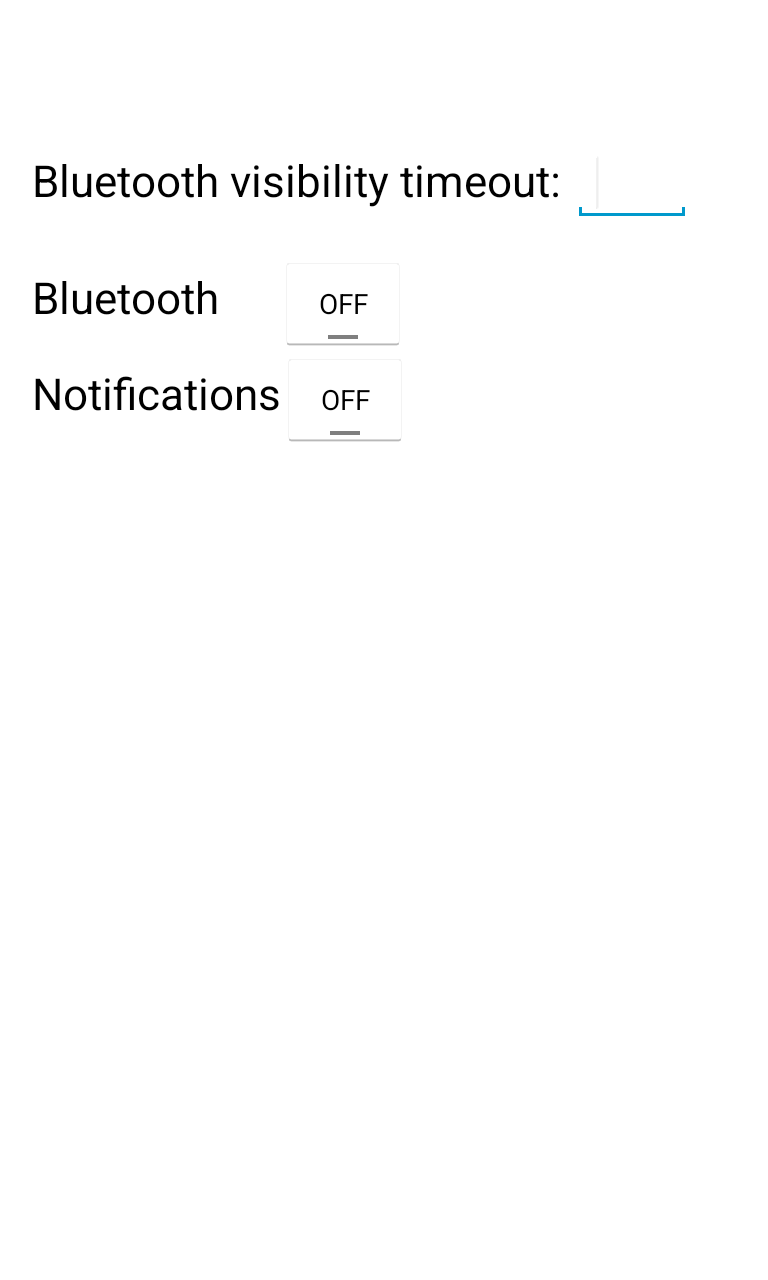
Repository: laurion/wabbit-client
Layout: Hackathon/Hackathon/res/layout/settings_layout.xml
These files come from the project's save history. The layout is drawn as it stood at one moment and after the next save; the edit follows.
It is drawn on a 768 x 1280 px phone screen (xhdpi) without system bars, with theme android:Theme.Holo.Light.NoActionBar; the app's code is not run.

Above is the layout before, as saved 2013-11-23 22:41:17.

### Hackathon/Hackathon/res/layout/settings_layout.xml
<RelativeLayout xmlns:android="http://schemas.android.com/apk/res/android"
    xmlns:tools="http://schemas.android.com/tools"
    android:id="@+id/layout"
    android:layout_width="match_parent"
    android:layout_height="match_parent"
    android:paddingBottom="@dimen/activity_vertical_margin"
    android:paddingLeft="@dimen/activity_horizontal_margin"
    android:paddingRight="@dimen/activity_horizontal_margin"
    android:paddingTop="@dimen/activity_vertical_margin"
    tools:context=".MainActivity" >

    <LinearLayout
        android:id="@+id/linearLayout1"
        android:layout_width="wrap_content"
        android:layout_height="wrap_content"
        android:layout_alignParentLeft="true"
        android:layout_alignParentTop="true"
        android:layout_marginLeft="88dp"
        android:layout_marginTop="56dp"
        android:orientation="vertical" >
    </LinearLayout>

    <LinearLayout
        android:id="@+id/linearLayout2"
        android:layout_width="wrap_content"
        android:layout_height="wrap_content"
        android:layout_alignParentLeft="true"
        android:layout_alignTop="@+id/linearLayout1" >

        <TextView
            android:id="@+id/textView1"
            android:layout_width="wrap_content"
            android:layout_height="wrap_content"
            android:layout_marginBottom="26dp"
            android:text="Bluetooth visibility timeout: "
            android:textAppearance="?android:attr/textAppearanceLarge" />

        <EditText
            android:id="@+id/editText1"
            android:layout_width="60dp"
            android:layout_height="wrap_content"
            android:layout_weight="1"
            android:ems="10" >

            <requestFocus />
        </EditText>
    </LinearLayout>

    <LinearLayout
        android:id="@+id/linearLayout3"
        android:layout_width="wrap_content"
        android:layout_height="wrap_content"
        android:layout_alignLeft="@+id/linearLayout2"
        android:layout_below="@+id/linearLayout2" >

        <TextView
            android:id="@+id/textView2"
            android:layout_width="wrap_content"
            android:layout_height="wrap_content"
            android:text="Bluetooth"
            android:textAppearance="?android:attr/textAppearanceLarge" />

        <TableLayout
            android:layout_width="30dp"
            android:layout_height="match_parent" >

            <TableRow
                android:id="@+id/tableRow1"
                android:layout_width="wrap_content"
                android:layout_height="wrap_content" >
            </TableRow>

            <TableRow
                android:id="@+id/tableRow2"
                android:layout_width="wrap_content"
                android:layout_height="wrap_content" >
            </TableRow>

            <TableRow
                android:id="@+id/tableRow3"
                android:layout_width="wrap_content"
                android:layout_height="wrap_content" >
            </TableRow>

            <TableRow
                android:id="@+id/tableRow4"
                android:layout_width="wrap_content"
                android:layout_height="wrap_content" >
            </TableRow>

            <TableRow
                android:id="@+id/tableRow5"
                android:layout_width="wrap_content"
                android:layout_height="wrap_content" >
            </TableRow>

        </TableLayout>

        <ToggleButton
            android:id="@+id/toggleButton1"
            android:layout_width="wrap_content"
            android:layout_height="wrap_content"
            android:text="ToggleButton" />
    </LinearLayout>

    <LinearLayout
        android:layout_width="wrap_content"
        android:layout_height="wrap_content"
        android:layout_alignLeft="@+id/linearLayout3"
        android:layout_below="@+id/linearLayout3" >

        <TextView
            android:id="@+id/TextView01"
            android:layout_width="wrap_content"
            android:layout_height="wrap_content"
            android:text="Notifications"
            android:textAppearance="?android:attr/textAppearanceLarge" />

        <ToggleButton
            android:id="@+id/ToggleButton01"
            android:layout_width="wrap_content"
            android:layout_height="wrap_content"
            android:text="ToggleButton" />
    </LinearLayout>

</RelativeLayout>

### Hackathon/Hackathon/res/values/strings.xml
<resources>

    <string name="app_name">Hackathon</string>

	<dimen name="activity_horizontal_margin">16dp</dimen>
    <dimen name="activity_vertical_margin">16dp</dimen>
</resources>

After the next save:
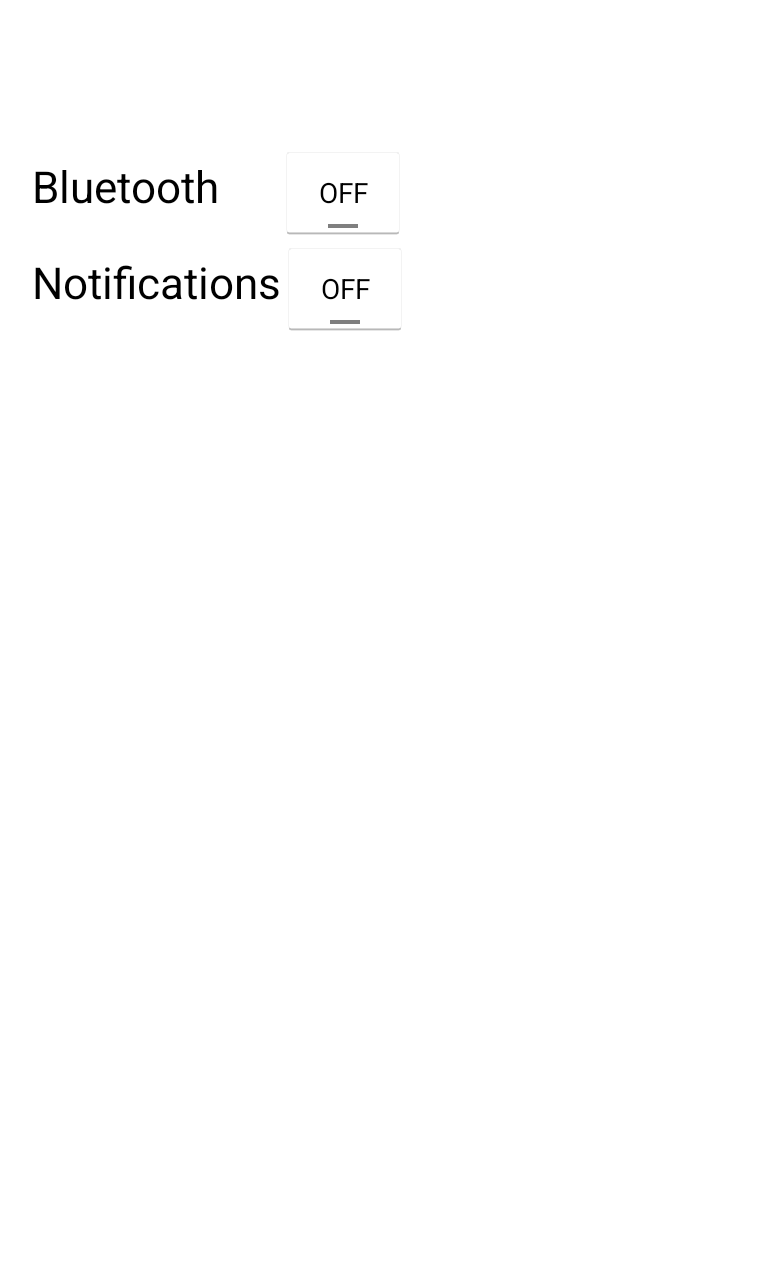
Saved 4 min 38 s later.
--- a/Hackathon/Hackathon/res/layout/settings_layout.xml
+++ b/Hackathon/Hackathon/res/layout/settings_layout.xml
@@ -26,24 +26,6 @@
         android:layout_height="wrap_content"
         android:layout_alignParentLeft="true"
         android:layout_alignTop="@+id/linearLayout1" >
-
-        <TextView
-            android:id="@+id/textView1"
-            android:layout_width="wrap_content"
-            android:layout_height="wrap_content"
-            android:layout_marginBottom="26dp"
-            android:text="Bluetooth visibility timeout: "
-            android:textAppearance="?android:attr/textAppearanceLarge" />
-
-        <EditText
-            android:id="@+id/editText1"
-            android:layout_width="60dp"
-            android:layout_height="wrap_content"
-            android:layout_weight="1"
-            android:ems="10" >
-
-            <requestFocus />
-        </EditText>
     </LinearLayout>
 
     <LinearLayout
